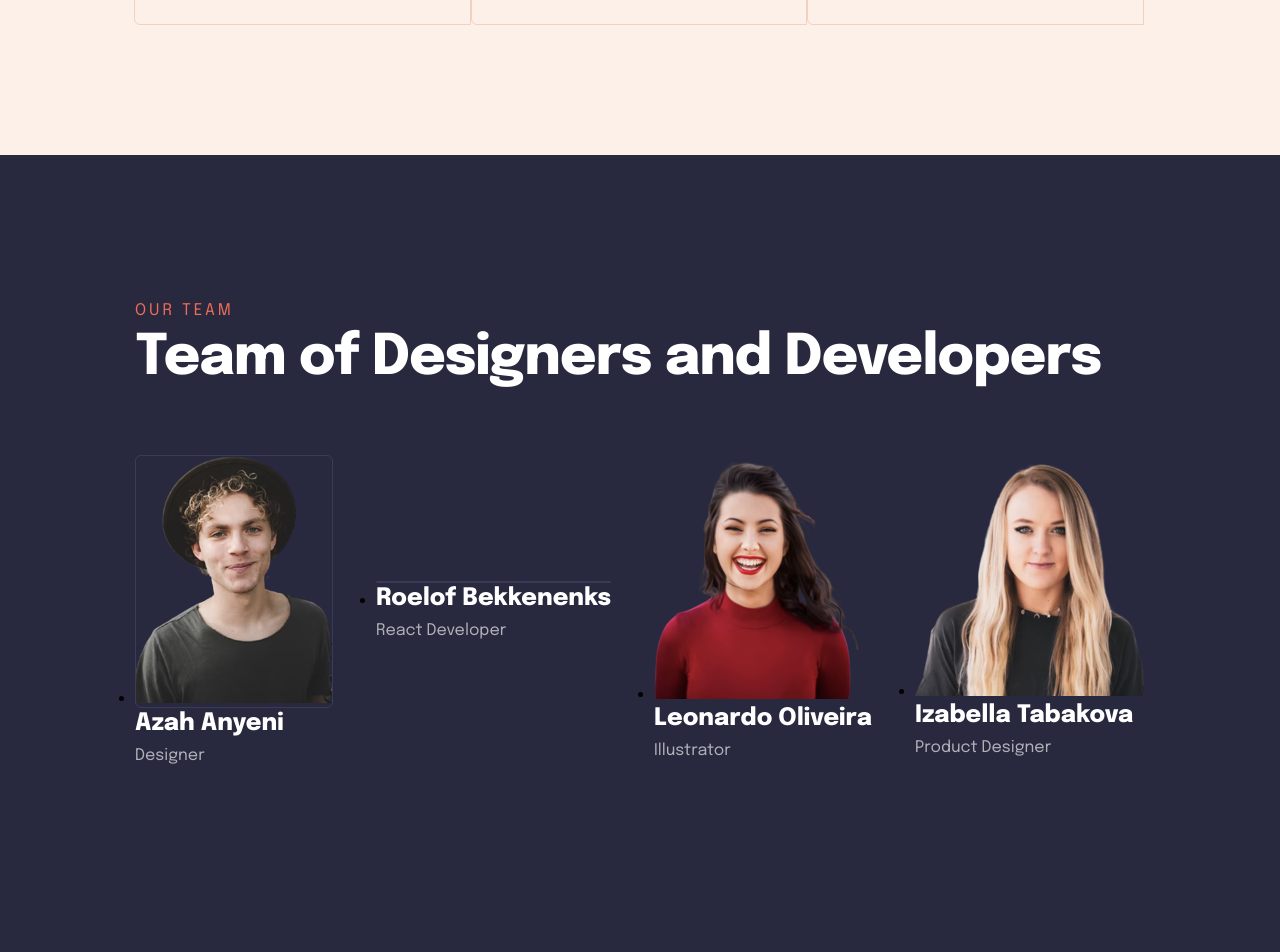
Repository: qafqazly123/websayt-1
Page: aboutPage/index.html
The author's editor kept a copy of each file at every save. The page is drawn from the files as they stood at one save, then again after the next save.
The browser window is 1280 px wide. The pictures show the part of the page from y = 1107 to 2059 px (the page is 2059 px tall).
A picture or video elsewhere on the page could not be fetched, so the positions and the page height are approximate.

Above is the page before, as saved 2023-12-19 15:25:16.

After the next save:
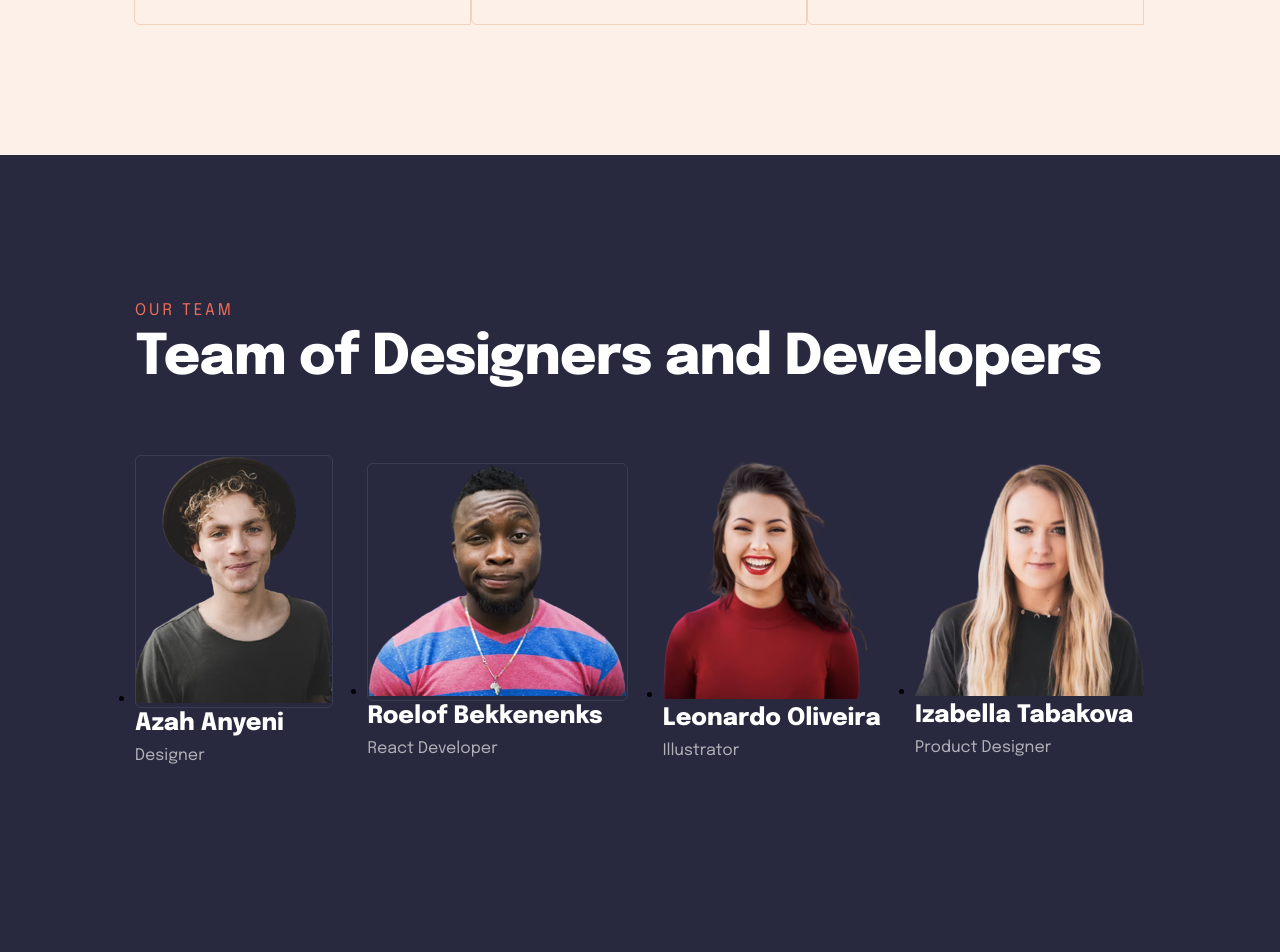
Saved 6 s later.
--- a/aboutPage/index.html
+++ b/aboutPage/index.html
@@ -109,6 +109,7 @@
         </li>
         <li>
           <div>
+            <img src="../images/Bitmap (1).svg" alt="" />
 
           </div>
           <h3>Roelof Bekkenenks</h3>
